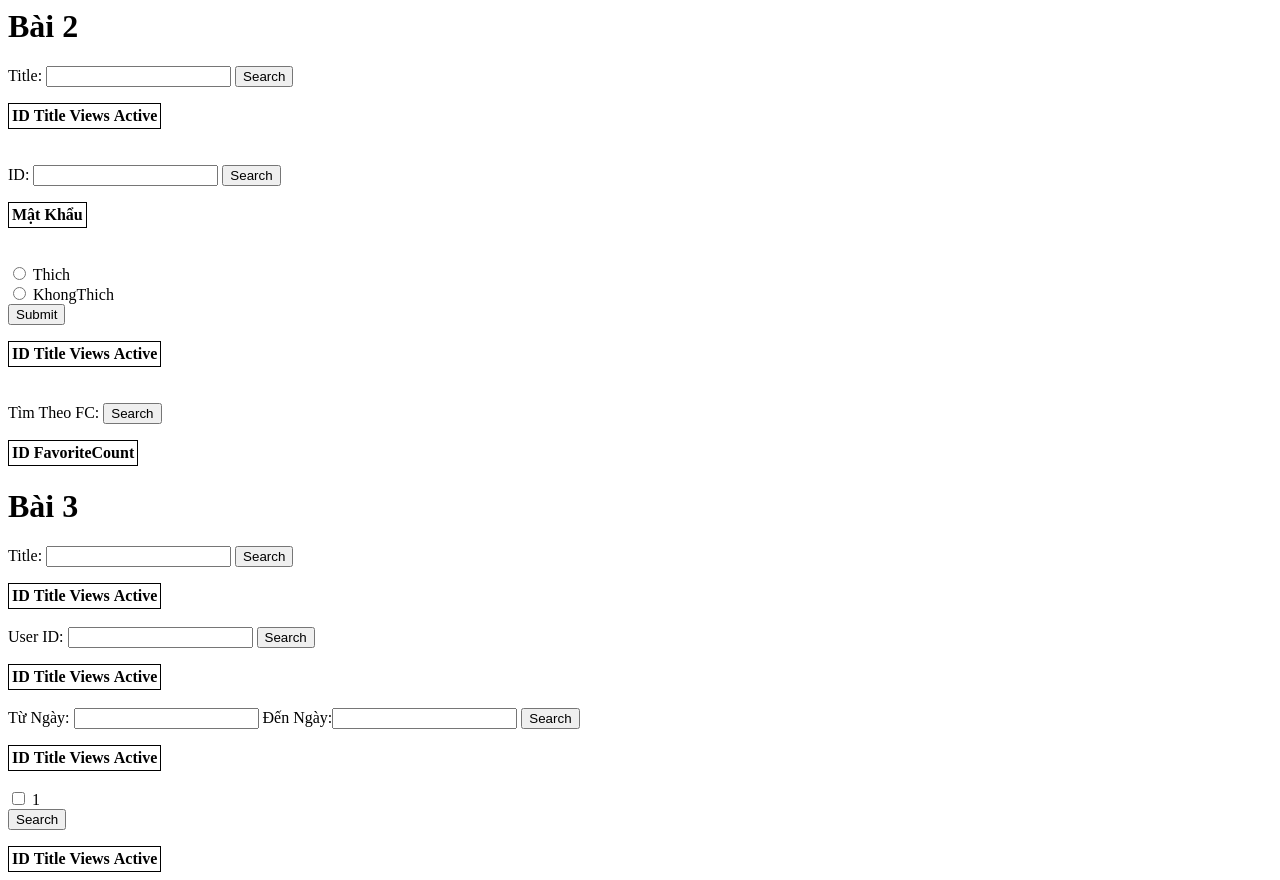
Repository: Hacorbie/Java-Servlet
Page: http://localhost/ASM_JV4/views/NewFile.jsp
An editor plug-in stored every save of this project. The page is shown before and after the next save, followed by the edit.
The browser window is 1280 px wide. The pictures show the whole page.
The page is served by Tomcat 9. The template is opened directly, without the code that normally fills it, so the values that code supplies are empty.

Above is the page before, as saved 2023-04-05 08:35:18.

After the next save:
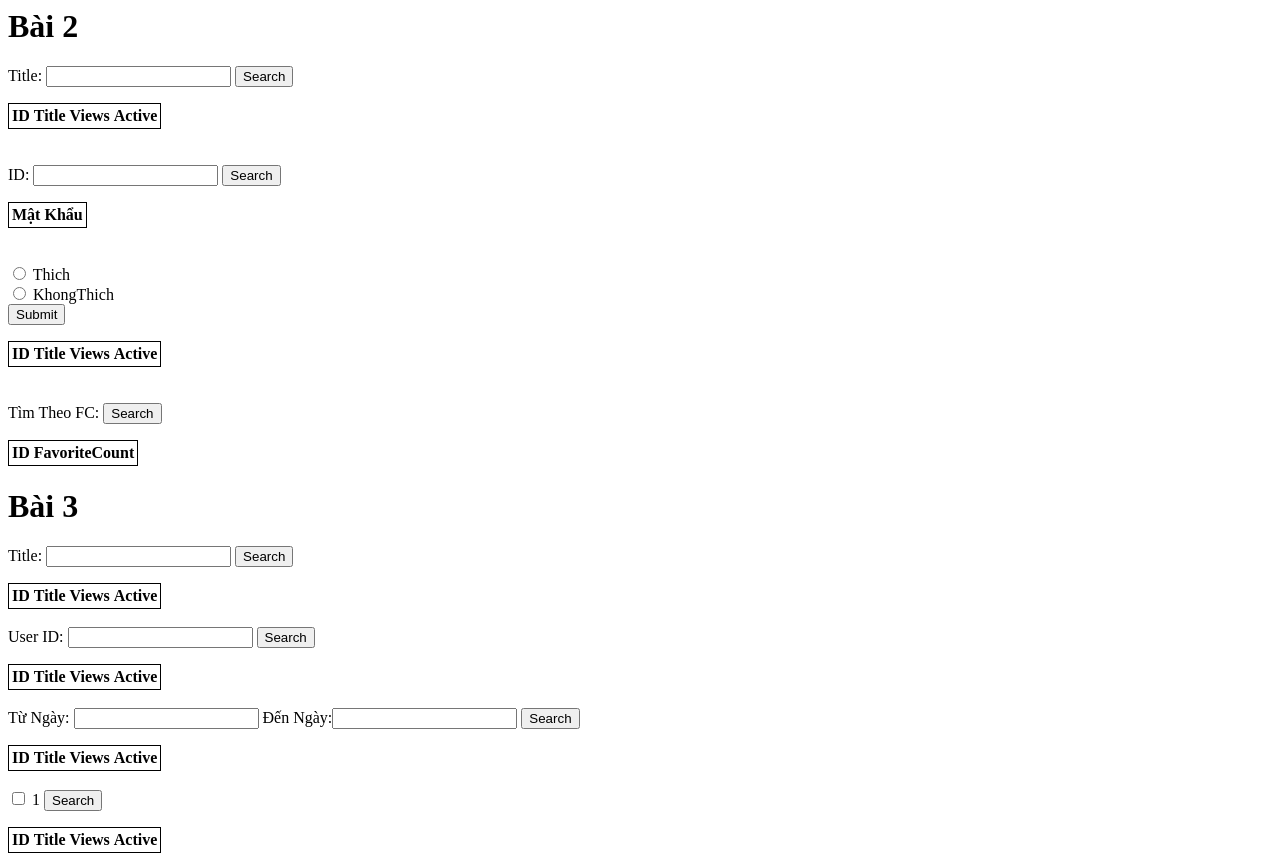
Saved 4 s later.
--- a/ASM_JV4/src/main/webapp/views/NewFile.jsp
+++ b/ASM_JV4/src/main/webapp/views/NewFile.jsp
@@ -185,7 +185,7 @@
 	<br>
 	<form action="${url}/SearchVidByIM" method="POST">
 		<input type="checkbox" name ="month" value = "1" >
-		<label> 1</label><br>
+		<label> 1</label>
 		<button type="submit">Search</button>
 	</form>
 	<table style="border: 1px solid black">
